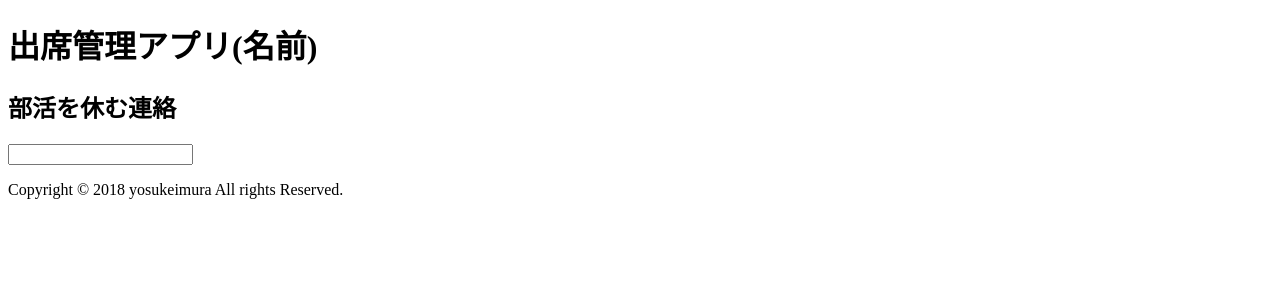
Repository: yousukeimura/attend_app
Page: absent/index.html
The author's editor kept a record of every edit. The page is drawn from the files as they stood at one moment, then again after the next edit.
The browser window is 1280 px wide. The pictures show the whole page.

Above is the page before.

After the next edit:
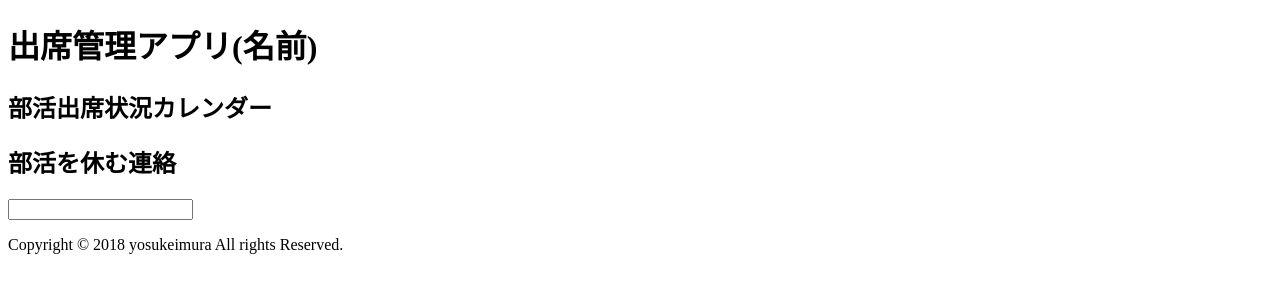
The edit:
--- a/absent/index.html
+++ b/absent/index.html
@@ -11,6 +11,8 @@
   </head>
   <body>
     <h1>出席管理アプリ(名前)</h1>
+    <h2>部活出席状況カレンダー</h2>
+
     <h2>部活を休む連絡</h2>
     <input type="text" id="datetimepicker"/>
     <footer class="footer">
